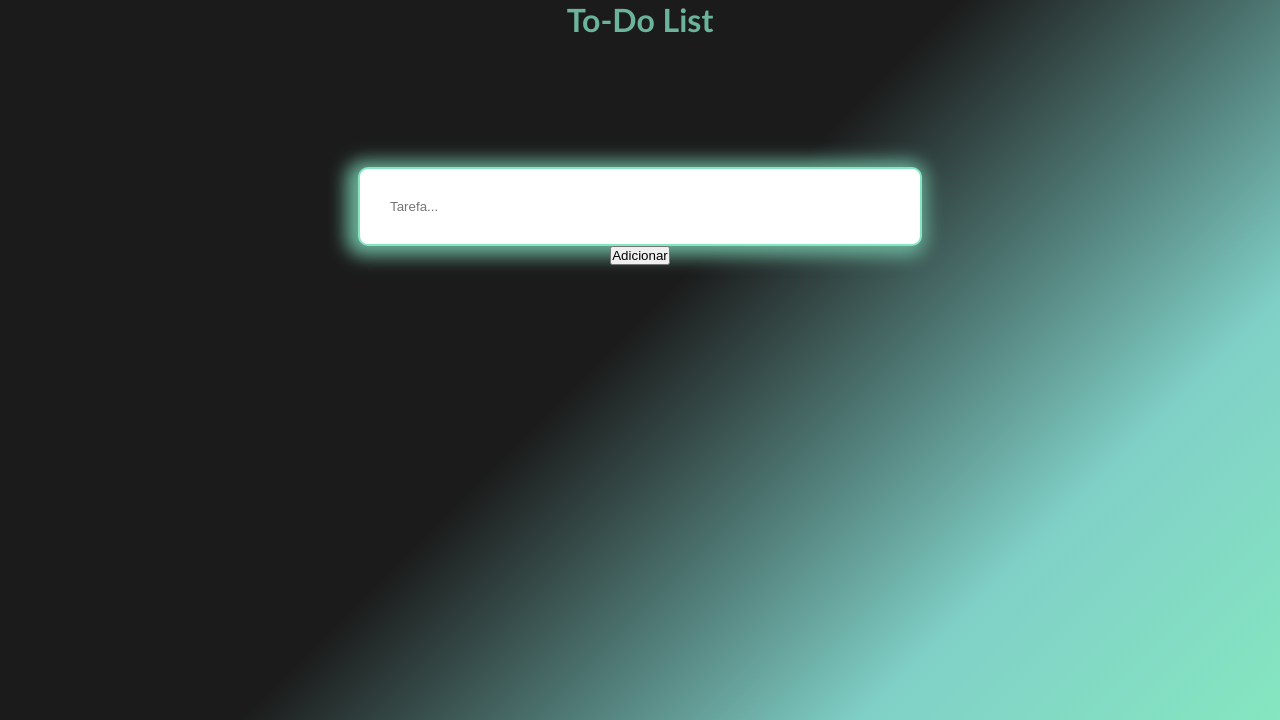
Repository: PetersonAntonyDev/python-flask-
Page: index.html
These files come from the project's save history. The page is drawn as it stood at one moment and after the next save; the edit follows.
The browser window is 1280 px wide. The pictures show the whole page.

Above is the page before, as saved 2022-07-26 10:35:20.

### index.html
<!DOCTYPE html>
<html lang="en">
<head>
    <meta charset="UTF-8">
    <meta http-equiv="X-UA-Compatible" content="IE=edge">
    <meta name="viewport" content="width=device-width, initial-scale=1.0">
    <link rel="stylesheet" href="/style.css">
    <title>To-Do LIst</title>
</head>
<body>
    <header>
        <h1>To-Do List</h1>
    </header>
    <main>
        <form action="" method="post">
            <input class="task" type="text" name="task" id="task" placeholder="Tarefa...">
            <button>Adicionar</button>
        </form>
    </main>
</body>
</html>

### style.css
* {
    margin: 0;
    padding: 0;
}

body {
    display: flex;
    align-items: center;
    flex-direction: column;
    width: 100%;
    min-height: 100vh;
    max-height: 100%;
    background-color: #1b1b1b;
    background-image: linear-gradient(135deg, #1b1b1b 48%, #80D0C7 79%, #85e6c0 100%);
}

header {
    margin-bottom: 10%;
    font-family: 'Gill Sans', 'Gill Sans MT', Calibri, 'Trebuchet MS', sans-serif;
    font-size: 1rem;
    color: #6bb39b;
}

form {
    display: flex;
    justify-content: center;
    align-items: center;
    flex-direction: column;
}

.task {
    width: 500px;
    border-radius: 10px;
    border: #85e6c0 2px solid;
    padding: 30px;
    -webkit-box-shadow: -4px 2px 18px 8px rgba(107, 179, 155, 1);
    -moz-box-shadow: -4px 2px 18px 8px rgba(107, 179, 155, 1);
    box-shadow: -4px 2px 18px 8px rgba(107, 179, 155, 1);
}

button {
    padding: 3%1;
}

After the next save:
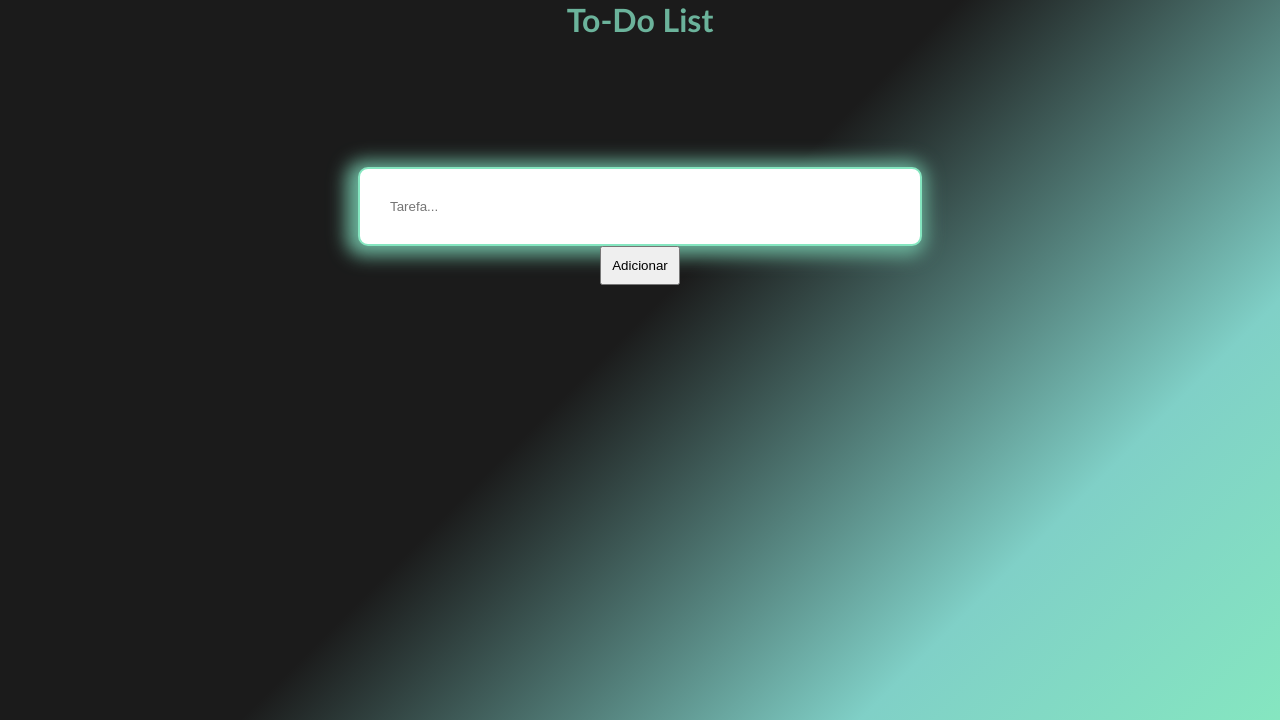
Saved 5 s later.
--- a/style.css
+++ b/style.css
@@ -39,5 +39,5 @@ form {
 }
 
 button {
-    padding: 3%1;
+    padding: 10px;
 }
